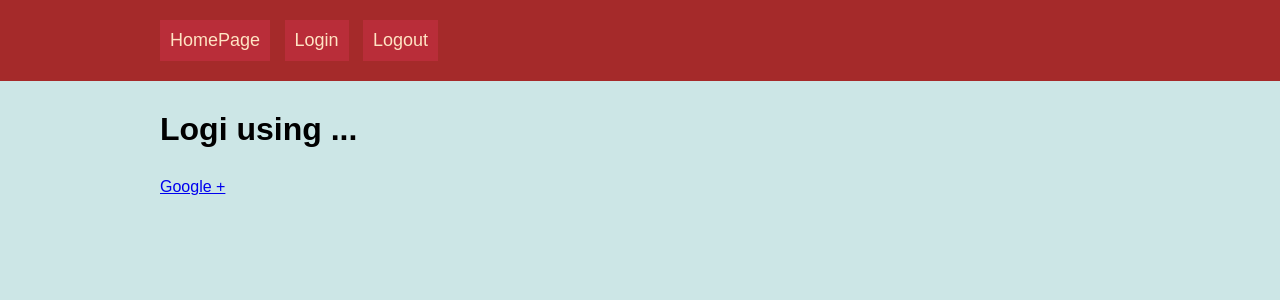
Repository: RISBandara/Oauth2-Assignment2
Page: http://localhost/auth/login
An editor plug-in stored every save of this project. The page is shown before and after the next save, followed by the edit.
The browser window is 1280 px wide. The pictures show the whole page.
The page is served by the project's Node server (app.js).

Above is the page before, as saved 2019-09-11 09:55:42.

### Oauth/views/login.ejs
<!DOCTYPE html>
<html>
    <head>
        <meta charset="utf-8">
        <title>login</title>
        <style>
                body{
                    font-family: Arial, Helvetica, sans-serif;
                    margin: 0;
                    background-color: rgb(204, 230, 230);
                }
                nav{
                    background-color: brown;
                    padding: 20px 10px;
                }

                nav ul{
                max-width: 960px;
                margin: 0 auto;
                padding: 0;
                }
                nav li{
                    list-style-type: none ;
                    display: inline-block;
                    margin: 0 10px 0 0;
                }
                nav a{
                    display: block;
                    padding: 10px;
                    font-size: 18px;
                    color: bisque;
                    background: rgb(185, 45, 57);
                    text-decoration: none;
                }

                main ,header{
                    max-width: 960px;
                    margin: 30px auto;
                    padding: 0 10px;
                    color: black;
                }
                google-btn{
                    font-size: 18px;
                    padding: 10px;
                    text-decoration: none;
                    background-color: indianred;
                    color: antiquewhite;
                }
             </style>
    </head>
    <body>
            <nav>
                    <ul>
                        <li><a href="/">HomePage</a></li>
                        <li><a href="/auth/login">Login</a></li>
                        <li><a href="/auth/logout">Logout</a></li>
                    </ul>
                </nav>
                <header>
                    <h1>Logi using ...</h1>

                </header>
                <main>
                    <a class="google-btn" href="/auth/google">Google +</a>
                </main>
    </body>
</html>

### Oauth/app.js
const express = require('express');
const auth = require('./routes/auth-routes');

const app = express();

//set view engine
app.set('view engine','ejs');

//route google
app.use('/auth',auth);

//create route
app.get('/',(req,res) =>{

    res.render('home.ejs');
});

//port
app.listen(3000,()=>{
    console.log('started in 3000');
})

### Oauth/routes/auth-routes.js
const router = require('express').Router();

//auth login
router.get('/login',(req,res)=>{

    res.render('login');
})

//auth with google
router.get('/google',(req,res)=>{

    //hadle with passport js
    res.send('logging with google');
});

router.get('/logout',(req,res)=>{
    res.send('logout');
})

module.exports = router;

After the next save:
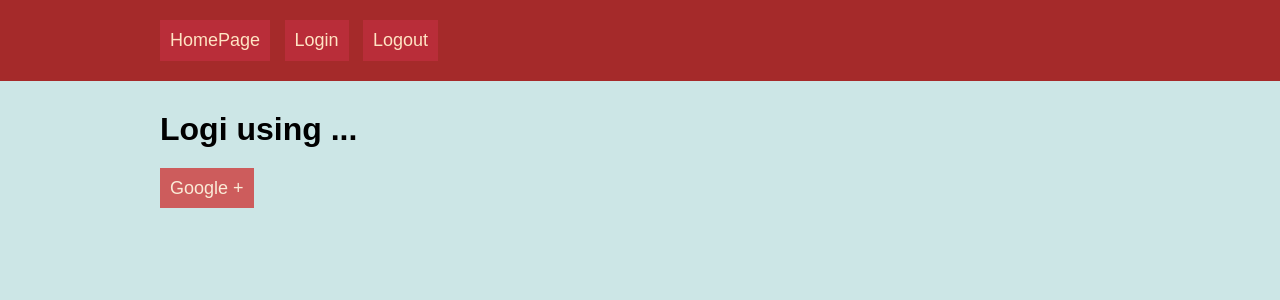
Saved 73 s later.
--- a/Oauth/views/login.ejs
+++ b/Oauth/views/login.ejs
@@ -33,19 +33,20 @@
                     text-decoration: none;
                 }
 
+               .google-btn{
+                    font-size: 18px;
+                    padding: 10px;
+                    text-decoration: none;
+                    background-color: indianred;
+                    color: antiquewhite;
+                }
                 main ,header{
                     max-width: 960px;
                     margin: 30px auto;
                     padding: 0 10px;
                     color: black;
                 }
-                google-btn{
-                    font-size: 18px;
-                    padding: 10px;
-                    text-decoration: none;
-                    background-color: indianred;
-                    color: antiquewhite;
-                }
+
              </style>
     </head>
     <body>
